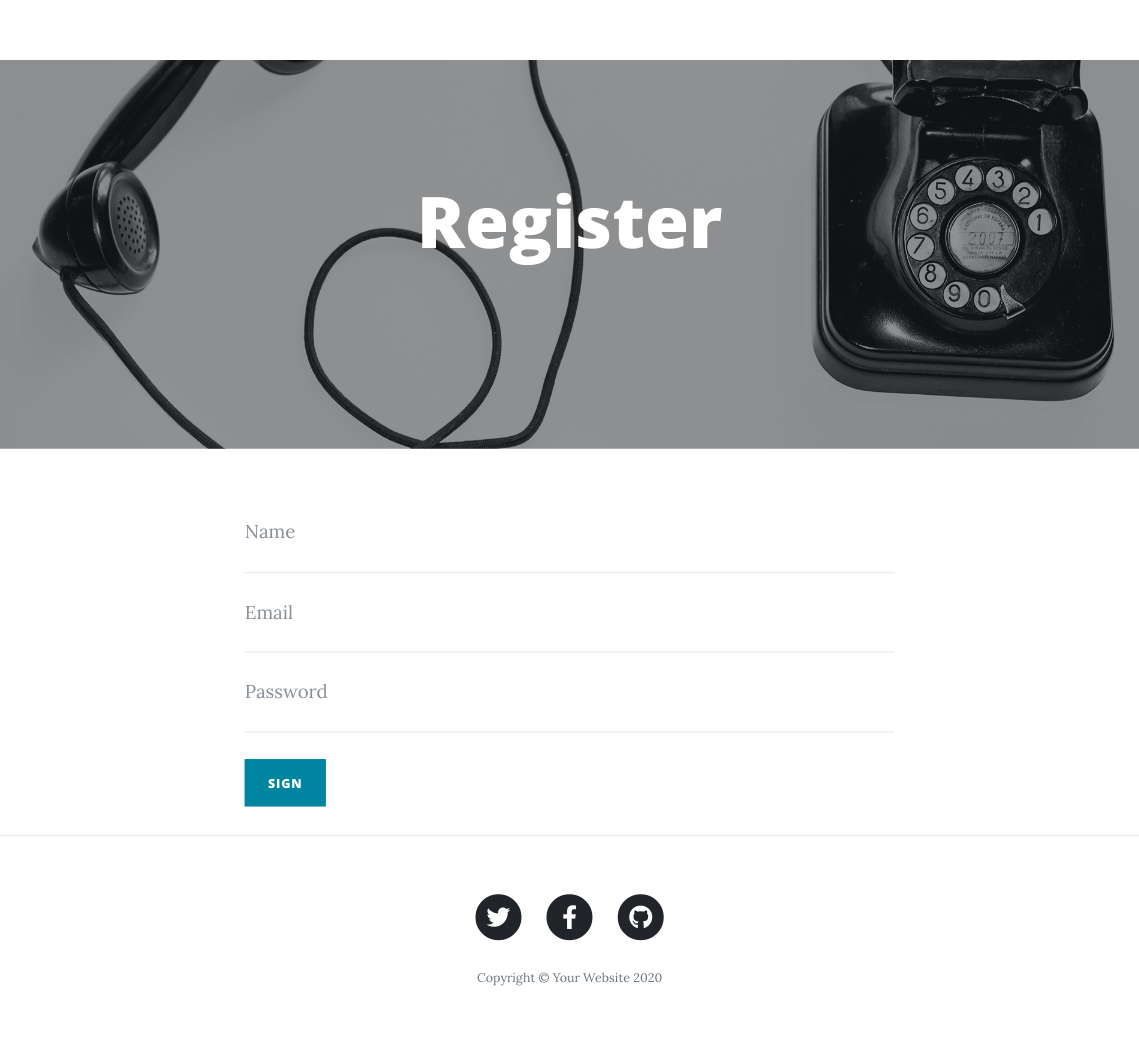
Repository: elvinyeka/elvin-blog
Page: http://localhost/register
An editor plug-in stored every save of this project. The page is shown before and after the next save, followed by the edit.
The browser window is 1280 px wide. The pictures show the whole page, at 89% of full size.
The page is served by the project's application, run on Flask 3 (CLEANBLOG/__init__.py).

Above is the page before, as saved 2020-10-12 01:48:36.

### CLEANBLOG/templates/register.html
{% extends 'base.html' %} {% block content%}

<!-- Page Header -->
<header class="masthead" style="background-image: url('img/contact-bg.jpg')">
    <div class="overlay"></div>
    <div class="container">
        <div class="row">
            <div class="col-lg-8 col-md-10 mx-auto">
                <div class="page-heading">
                    <h1>Register</h1>
                </div>
            </div>
        </div>
    </div>
</header>

<!-- Main Content -->
<div class="container">
    <div class="row">
        <div class="col-lg-8 col-md-10 mx-auto">
            <form method="POST" action="">
                {{ form.hidden_tag() }}
                <div class="control-group">
                    <div class="form-group floating-label-form-group controls">
                        <label>Name</label> {{ form.name(placeholder='Name', class='form-control') }}
                        <p class="help-block text-danger"></p>
                    </div>
                </div>
                <div class="control-group">
                    <div class="form-group floating-label-form-group controls">
                        <label>Email</label> {{ form.email(placeholder='Email', class='form-control') }}
                        <p class="help-block text-danger"></p>
                    </div>
                </div>
                <div class="control-group">
                    <div class="form-group col-xs-12 floating-label-form-group controls">
                        <label>Password</label> {{ form.password(placeholder='Password', class='form-control') }}
                        <p class="help-block text-danger"></p>
                    </div>
                </div>
                <br>
                <div id="success"></div>
                <div class="form-group">
                    {{ form.submit(class='btn btn-primary') }}
                </div>
            </form>
        </div>
    </div>
</div>

<hr> {% endblock%}

### CLEANBLOG/templates/base.html
<!DOCTYPE html>
<html lang="en">

<head>

    <meta charset="utf-8">
    <meta name="viewport" content="width=device-width, initial-scale=1, shrink-to-fit=no">
    <meta name="description" content="">
    <meta name="author" content=""> {% if title %}
    <title>Clean Blog - {{title}}</title>
    {% else %}
    <title>Clean Blog</title>
    {% endif %}

    <!-- Bootstrap core CSS -->
    <link href="{{url_for('static', filename='bootstrap.min.css')}}" rel="stylesheet">

    <!-- Custom fonts for this template -->
    <link href="{{url_for('static', filename='all.min.css')}}" rel="stylesheet" type="text/css">
    <link href='https://fonts.googleapis.com/css?family=Lora:400,700,400italic,700italic' rel='stylesheet' type='text/css'>
    <link href='https://fonts.googleapis.com/css?family=Open+Sans:300italic,400italic,600italic,700italic,800italic,400,300,600,700,800' rel='stylesheet' type='text/css'>

    <!-- Custom styles for this template -->
    <link href="{{url_for('static', filename='clean-blog.min.css')}}" rel="stylesheet">

</head>

<body>

    <!-- Navigation -->
    <nav class="navbar navbar-expand-lg navbar-light fixed-top" id="mainNav">
        <div class="container">
            <a class="navbar-brand" href="{{url_for('index')}}">Start Flask</a>
            <button class="navbar-toggler navbar-toggler-right" type="button" data-toggle="collapse" data-target="#navbarResponsive" aria-controls="navbarResponsive" aria-expanded="false" aria-label="Toggle navigation">
        Menu
        <i class="fas fa-bars"></i>
      </button>
            <div class="collapse navbar-collapse" id="navbarResponsive">
                <ul class="navbar-nav ml-auto">
                    <li class="nav-item">
                        <a class="nav-link" href="{{url_for('index')}}">Home</a>
                    </li>
                    <li class="nav-item">
                        <a class="nav-link" href="{{url_for('about')}}">About</a>
                    </li>
                    <li class="nav-item">
                        <a class="nav-link" href="{{url_for('post')}}">Sample Post</a>
                    </li>
                    <li class="nav-item">
                        <a class="nav-link" href="{{url_for('contact')}}">Contact</a>
                    </li>
                    <li class="nav-item">
                        <a class="nav-link" href="{{url_for('register')}}">REGISTER</a>
                    </li>
                </ul>
            </div>
        </div>
    </nav>

    {% block content%} {% endblock%}


    <!-- Footer -->
    <footer>
        <div class="container">
            <div class="row">
                <div class="col-lg-8 col-md-10 mx-auto">
                    <ul class="list-inline text-center">
                        <li class="list-inline-item">
                            <a href="#">
                                <span class="fa-stack fa-lg">
                  <i class="fas fa-circle fa-stack-2x"></i>
                  <i class="fab fa-twitter fa-stack-1x fa-inverse"></i>
                </span>
                            </a>
                        </li>
                        <li class="list-inline-item">
                            <a href="#">
                                <span class="fa-stack fa-lg">
                  <i class="fas fa-circle fa-stack-2x"></i>
                  <i class="fab fa-facebook-f fa-stack-1x fa-inverse"></i>
                </span>
                            </a>
                        </li>
                        <li class="list-inline-item">
                            <a href="#">
                                <span class="fa-stack fa-lg">
                  <i class="fas fa-circle fa-stack-2x"></i>
                  <i class="fab fa-github fa-stack-1x fa-inverse"></i>
                </span>
                            </a>
                        </li>
                    </ul>
                    <p class="copyright text-muted">Copyright &copy; Your Website 2020</p>
                </div>
            </div>
        </div>
    </footer>

    <!-- Bootstrap core JavaScript -->
    <script src="{{url_for('static', filename='jquery.min.js')}}"></script>
    <script src="{{url_for('static', filename='bootstrap.bundle.min.js')}}"></script>

    <!-- Custom scripts for this template -->
    <script src="{{url_for('static', filename='clean-blog.min.js')}}"></script>

</body>

</html>

### CLEANBLOG/forms.py
from flask_wtf import FlaskForm
from wtforms import StringField,PasswordField,SubmitField
from wtforms.validators import DataRequired, Length, Email

class RegisterForm(FlaskForm):
    name = StringField('Name', validators=[DataRequired(), Length(min=2, max = 20)])
    email = StringField('Email', validators=[DataRequired(), Email()])
    password = PasswordField('Password', validators=[DataRequired()])
    submit = SubmitField('Sign')

class LoginForm(FlaskForm):
    email = StringField('Email', validators=[DataRequired(), Email()])
    password = PasswordField('Password', validators=[DataRequired()])
    submit = SubmitField('Sign')

### CLEANBLOG/routes.py
from flask import render_template
from CLEANBLOG import app
from CLEANBLOG.forms import RegisterForm, LoginForm


@app.route('/')
def index():
    return render_template('index.html', title = 'HOME')

@app.route('/about')
def about():
    return render_template('about.html',title = 'ABOUT')

@app.route('/post')
def post():
    return render_template('post.html', title = 'POST')

@app.route('/contact')
def contact():
    return render_template('contact.html', title = 'CONTACT')

@app.route('/register')
def register():
    form = RegisterForm()
    return render_template('register.html', title = 'REGISTER', form=form)

@app.route('/login')
def login():
    form = LoginForm()
    return render_template('login.html', title = 'LOGIN', form=form)

### CLEANBLOG/__init__.py
from flask import Flask

app = Flask(__name__)
app.config['SECRET_KEY'] = 'mysecretkey'

from CLEANBLOG import  routes

Loaded but not shown: CLEANBLOG/static/bootstrap.min.css (library); CLEANBLOG/static/clean-blog.min.css (library); CLEANBLOG/static/jquery.min.js (library); CLEANBLOG/static/bootstrap.bundle.min.js (library); CLEANBLOG/static/clean-blog.min.js (common file); CLEANBLOG/static/css/all.min.css (library)

After the next save:
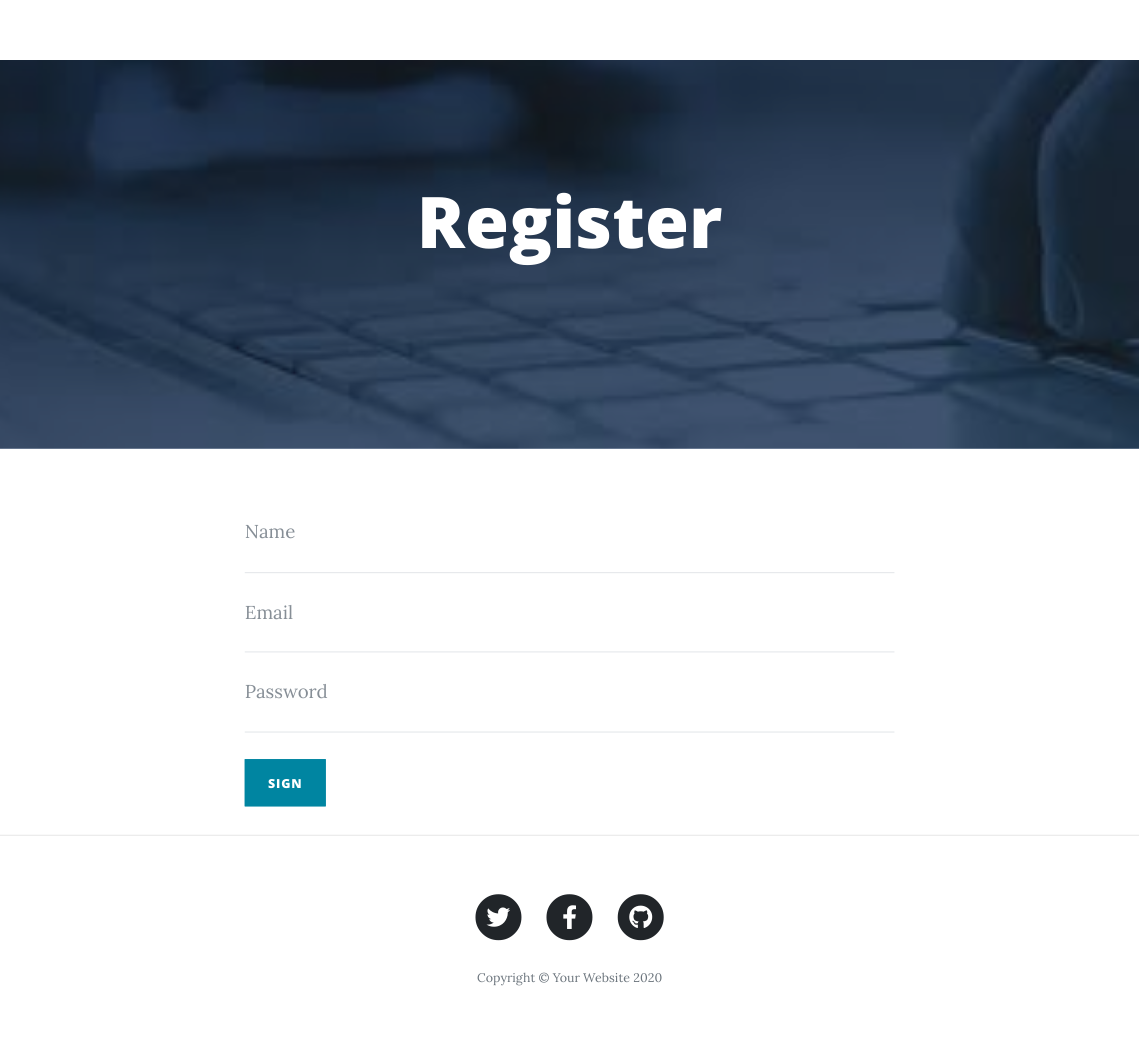
Saved 3 min 32 s later.
--- a/CLEANBLOG/templates/register.html
+++ b/CLEANBLOG/templates/register.html
@@ -1,7 +1,7 @@
 {% extends 'base.html' %} {% block content%}
 
 <!-- Page Header -->
-<header class="masthead" style="background-image: url('img/contact-bg.jpg')">
+<header class="masthead" style="background-image: url('{{url_for('static', filename = 'img/register-bg.jpg')}}')">
     <div class="overlay"></div>
     <div class="container">
         <div class="row">
